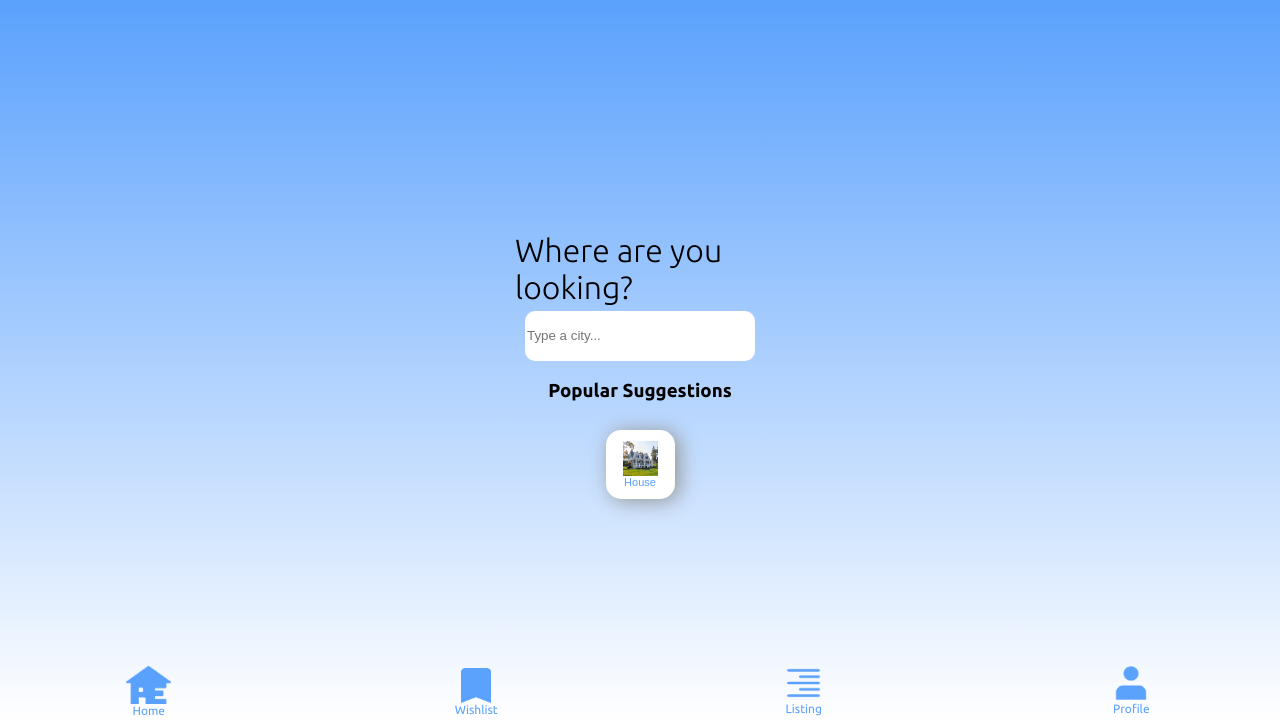
Repository: msyukurrr/realeasy
Page: /listing
These files come from the project's save history. The page is drawn as it stood at one moment and after the next save; the edit follows.
The browser window is 1280 px wide. The pictures show the whole page.
The project was rebuilt for these pictures with package versions that can differ from the ones it lists, and the page was loaded fresh each time. The framework's server and built-in components were replaced by stand-ins that run in the browser. Also part of the build but not shown: next.config.js.

Above is the page before, as saved 2023-01-27 20:11:27.

After the next save:
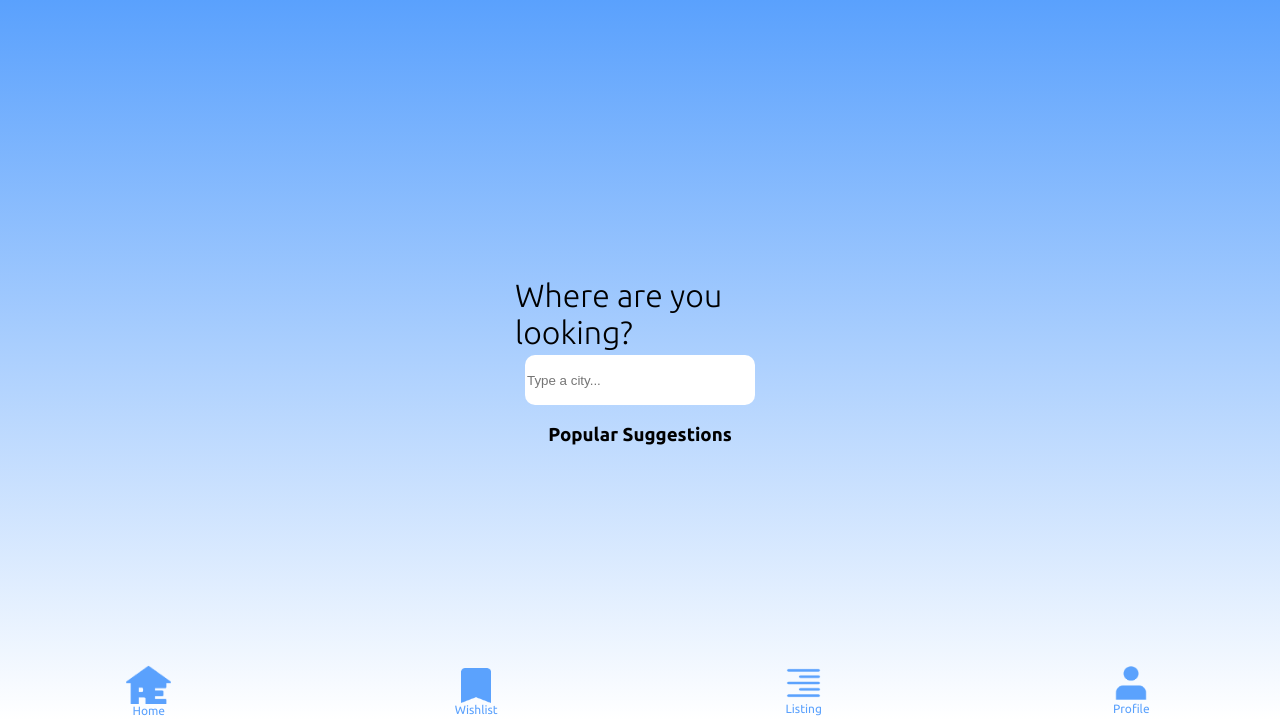
Saved 25 s later.
--- a/pages/listing.js
+++ b/pages/listing.js
@@ -14,7 +14,7 @@ export default function Listing(){
 
         <h3>Popular Suggestions</h3>
 
-        <MainButton src="house.png"/>
+
 
 
 
